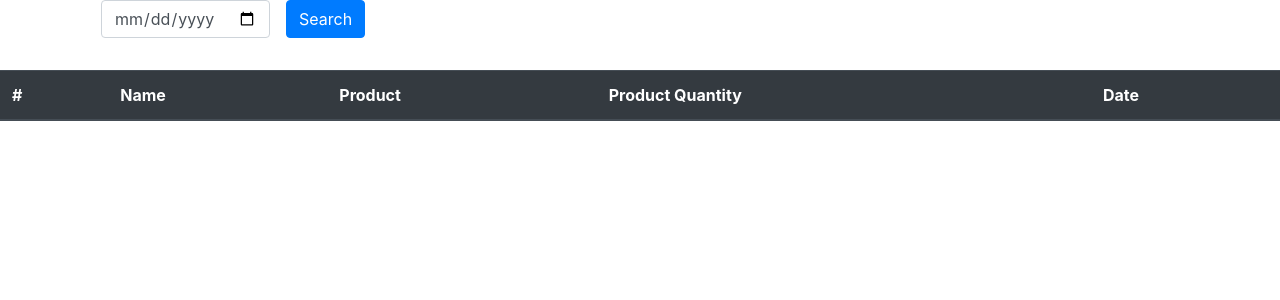
Repository: audiverth77/Prueba-software
Page: http://localhost/order
These files come from the project's save history. The page is drawn as it stood at one moment and after a run of saves; the edit follows.
The browser window is 1280 px wide. The pictures show the whole page.
The page is served by the project's Laravel application, run on PHP 8.4 with Laravel 8. Other server files are loaded and not shown. Queries for data that is not in the repository find no rows.

Above is the page before, as saved 2021-04-29 12:24:17.

### routes/web.php
<?php

use Illuminate\Support\Facades\Route;
use App\Http\Controllers\OrderController;

/*
|--------------------------------------------------------------------------
| Web Routes
|--------------------------------------------------------------------------
|
| Here is where you can register web routes for your application. These
| routes are loaded by the RouteServiceProvider within a group which
| contains the "web" middleware group. Now create something great!
|
*/

Route::get('/', function () {
    return view('welcome');
});

Route::resource("order", OrderController::class);

### app/Http/Controllers/OrderController.php
<?php

namespace App\Http\Controllers;

use Illuminate\Http\Request;
use Illuminate\Support\Facades\DB;

class OrderController extends Controller
{
    /**
     * Display a listing of the resource.
     *
     * @return \Illuminate\Http\Response
     */
    public function index(Request $request)
    {
        $order = DB::select('SELECT o.id, o.name as or_name, p.name as pro_name, o.product_quantity, o.date
            FROM orders as o, products as p
            WHERE o.id_products = p.id');
        $size_array = sizeof($order).'xd';

        if($request->input('date')){
            $order = DB::select('SELECT o.id, o.name as or_name, p.name as pro_name, o.product_quantity, o.date
                                    FROM orders as o, products as p
                                    WHERE o.id_products = p.id
                                    AND o.date = :date', ['date' => $request->input('date')]);
            $size_array = sizeof($order);
        }

        return view("welcome", compact('order', 'size_array'));
    }

    /**
     * Show the form for creating a new resource.
     *
     * @return \Illuminate\Http\Response
     */
    public function create()
    {
        //
    }

    /**
     * Store a newly created resource in storage.
     *
     * @param  \Illuminate\Http\Request  $request
     * @return \Illuminate\Http\Response
     */
    public function store(Request $request)
    {
        //
    }

    /**
     * Display the specified resource.
     *
     * @param  int  $id
     * @return \Illuminate\Http\Response
     */
    public function show($id)
    {

    }

    /**
     * Show the form for editing the specified resource.
     *
     * @param  int  $id
     * @return \Illuminate\Http\Response
     */
    public function edit($id)
    {
        //
    }

    /**
     * Update the specified resource in storage.
     *
     * @param  \Illuminate\Http\Request  $request
     * @param  int  $id
     * @return \Illuminate\Http\Response
     */
    public function update(Request $request, $id)
    {
        //
    }

    /**
     * Remove the specified resource from storage.
     *
     * @param  int  $id
     * @return \Illuminate\Http\Response
     */
    public function destroy($id)
    {
        //
    }
}

### resources/views/welcome.blade.php
<!DOCTYPE html>
<html lang="{{ str_replace('_', '-', app()->getLocale()) }}">

<head>
    <meta charset="utf-8">
    <meta name="viewport" content="width=device-width, initial-scale=1">

    <title>Laravel</title>

    <!-- Fonts -->
    <link href="https://fonts.googleapis.com/css2?family=Nunito:wght@400;600;700&display=swap" rel="stylesheet">

    <!-- Styles -->
    <style>
        /*! normalize.css v8.0.1 | MIT License | github.com/necolas/normalize.css */
        html {
            line-height: 1.15;
            -webkit-text-size-adjust: 100%
        }

        body {
            margin: 0
        }

        a {
            background-color: transparent
        }

        [hidden] {
            display: none
        }

        html {
            font-family: system-ui, -apple-system, BlinkMacSystemFont, Segoe UI, Roboto, Helvetica Neue, Arial, Noto Sans, sans-serif, Apple Color Emoji, Segoe UI Emoji, Segoe UI Symbol, Noto Color Emoji;
            line-height: 1.5
        }

        *,
        :after,
        :before {
            box-sizing: border-box;
            border: 0 solid #e2e8f0
        }

        a {
            color: inherit;
            text-decoration: inherit
        }

        svg,
        video {
            display: block;
            vertical-align: middle
        }

        video {
            max-width: 100%;
            height: auto
        }

        .bg-white {
            --bg-opacity: 1;
            background-color: #fff;
            background-color: rgba(255, 255, 255, var(--bg-opacity))
        }

        .bg-gray-100 {
            --bg-opacity: 1;
            background-color: #f7fafc;
            background-color: rgba(247, 250, 252, var(--bg-opacity))
        }

        .border-gray-200 {
            --border-opacity: 1;
            border-color: #edf2f7;
            border-color: rgba(237, 242, 247, var(--border-opacity))
        }

        .border-t {
            border-top-width: 1px
        }

        .flex {
            display: flex
        }

        .grid {
            display: grid
        }

        .hidden {
            display: none
        }

        .items-center {
            align-items: center
        }

        .justify-center {
            justify-content: center
        }

        .font-semibold {
            font-weight: 600
        }

        .h-5 {
            height: 1.25rem
        }

        .h-8 {
            height: 2rem
        }

        .h-16 {
            height: 4rem
        }

        .text-sm {
            font-size: .875rem
        }

        .text-lg {
            font-size: 1.125rem
        }

        .leading-7 {
            line-height: 1.75rem
        }

        .mx-auto {
            margin-left: auto;
            margin-right: auto
        }

        .ml-1 {
            margin-left: .25rem
        }

        .mt-2 {
            margin-top: .5rem
        }

        .mr-2 {
            margin-right: .5rem
        }

        .ml-2 {
            margin-left: .5rem
        }

        .mt-4 {
            margin-top: 1rem
        }

        .ml-4 {
            margin-left: 1rem
        }

        .mt-8 {
            margin-top: 2rem
        }

        .ml-12 {
            margin-left: 3rem
        }

        .-mt-px {
            margin-top: -1px
        }

        .max-w-6xl {
            max-width: 72rem
        }

        .min-h-screen {
            min-height: 100vh
        }

        .overflow-hidden {
            overflow: hidden
        }

        .p-6 {
            padding: 1.5rem
        }

        .py-4 {
            padding-top: 1rem;
            padding-bottom: 1rem
        }

        .px-6 {
            padding-left: 1.5rem;
            padding-right: 1.5rem
        }

        .pt-8 {
            padding-top: 2rem
        }

        .fixed {
            position: fixed
        }

        .relative {
            position: relative
        }

        .top-0 {
            top: 0
        }

        .right-0 {
            right: 0
        }

        .shadow {
            box-shadow: 0 1px 3px 0 rgba(0, 0, 0, .1), 0 1px 2px 0 rgba(0, 0, 0, .06)
        }

        .text-center {
            text-align: center
        }

        .text-gray-200 {
            --text-opacity: 1;
            color: #edf2f7;
            color: rgba(237, 242, 247, var(--text-opacity))
        }

        .text-gray-300 {
            --text-opacity: 1;
            color: #e2e8f0;
            color: rgba(226, 232, 240, var(--text-opacity))
        }

        .text-gray-400 {
            --text-opacity: 1;
            color: #cbd5e0;
            color: rgba(203, 213, 224, var(--text-opacity))
        }

        .text-gray-500 {
            --text-opacity: 1;
            color: #a0aec0;
            color: rgba(160, 174, 192, var(--text-opacity))
        }

        .text-gray-600 {
            --text-opacity: 1;
            color: #718096;
            color: rgba(113, 128, 150, var(--text-opacity))
        }

        .text-gray-700 {
            --text-opacity: 1;
            color: #4a5568;
            color: rgba(74, 85, 104, var(--text-opacity))
        }

        .text-gray-900 {
            --text-opacity: 1;
            color: #1a202c;
            color: rgba(26, 32, 44, var(--text-opacity))
        }

        .underline {
            text-decoration: underline
        }

        .antialiased {
            -webkit-font-smoothing: antialiased;
            -moz-osx-font-smoothing: grayscale
        }

        .w-5 {
            width: 1.25rem
        }

        .w-8 {
            width: 2rem
        }

        .w-auto {
            width: auto
        }

        .grid-cols-1 {
            grid-template-columns: repeat(1, minmax(0, 1fr))
        }

        @media (min-width:640px) {
            .sm\:rounded-lg {
                border-radius: .5rem
            }

            .sm\:block {
                display: block
            }

            .sm\:items-center {
                align-items: center
            }

            .sm\:justify-start {
                justify-content: flex-start
            }

            .sm\:justify-between {
                justify-content: space-between
            }

            .sm\:h-20 {
                height: 5rem
            }

            .sm\:ml-0 {
                margin-left: 0
            }

            .sm\:px-6 {
                padding-left: 1.5rem;
                padding-right: 1.5rem
            }

            .sm\:pt-0 {
                padding-top: 0
            }

            .sm\:text-left {
                text-align: left
            }

            .sm\:text-right {
                text-align: right
            }
        }

        @media (min-width:768px) {
            .md\:border-t-0 {
                border-top-width: 0
            }

            .md\:border-l {
                border-left-width: 1px
            }

            .md\:grid-cols-2 {
                grid-template-columns: repeat(2, minmax(0, 1fr))
            }
        }

        @media (min-width:1024px) {
            .lg\:px-8 {
                padding-left: 2rem;
                padding-right: 2rem
            }
        }

        @media (prefers-color-scheme:dark) {
            .dark\:bg-gray-800 {
                --bg-opacity: 1;
                background-color: #2d3748;
                background-color: rgba(45, 55, 72, var(--bg-opacity))
            }

            .dark\:bg-gray-900 {
                --bg-opacity: 1;
                background-color: #1a202c;
                background-color: rgba(26, 32, 44, var(--bg-opacity))
            }

            .dark\:border-gray-700 {
                --border-opacity: 1;
                border-color: #4a5568;
                border-color: rgba(74, 85, 104, var(--border-opacity))
            }

            .dark\:text-white {
                --text-opacity: 1;
                color: #fff;
                color: rgba(255, 255, 255, var(--text-opacity))
            }

            .dark\:text-gray-400 {
                --text-opacity: 1;
                color: #cbd5e0;
                color: rgba(203, 213, 224, var(--text-opacity))
            }
        }
    </style>

    <style>
        body {
            font-family: 'Nunito';
        }
    </style>
</head>

<body class="antialiased">
    <div class="container">
        <form class="form-inline" action="{{ route('order.index') }}" method="get">
            <div class="form-group mx-sm-3 mb-2">
                <label for="inputPassword2" class="sr-only">Password</label>
                <input name="date" type="date" class="form-control" id="date" placeholder="Password">
            </div>
            <button type="submit" class="btn btn-primary mb-2">Search</button>
        </form>
    </div>

    <br>
    <table class="table">
        <thead class="thead-dark">
            <tr>
                <th scope="col">#</th>
                <th scope="col">Name</th>
                <th scope="col">Product</th>
                <th scope="col">Product Quantity</th>
                <th scope="col">Date</th>
            </tr>
        </thead>
        <tbody>
            @for ($i = 1; $i < $size_array; $i++)
                <tr>
                    <th scope="row">{{ $order[$i]->id }}</th>
                    <td>{{ $order[$i]->or_name }}</td>
                    <td>{{ $order[$i]->pro_name }}</td>
                    <td>{{ $order[$i]->product_quantity }}</td>
                    <td>{{ $order[$i]->date }}</td>
                </tr>
            @endfor
        </tbody>
    </table>

</body>

</html>

<!-- Latest compiled and minified CSS -->
<link rel="stylesheet" href="https://maxcdn.bootstrapcdn.com/bootstrap/4.5.2/css/bootstrap.min.css">
<!-- jQuery library -->
<script src="https://ajax.googleapis.com/ajax/libs/jquery/3.5.1/jquery.min.js"></script>
<!-- Popper JS -->
<script src="https://cdnjs.cloudflare.com/ajax/libs/popper.js/1.16.0/umd/popper.min.js"></script>
<!-- Latest compiled JavaScript -->
<script src="https://maxcdn.bootstrapcdn.com/bootstrap/4.5.2/js/bootstrap.min.js"></script>

Loaded but not shown: app/Providers/AppServiceProvider.php (common file); app/Http/Controllers/Controller.php (common file)

After the next 3 saves:
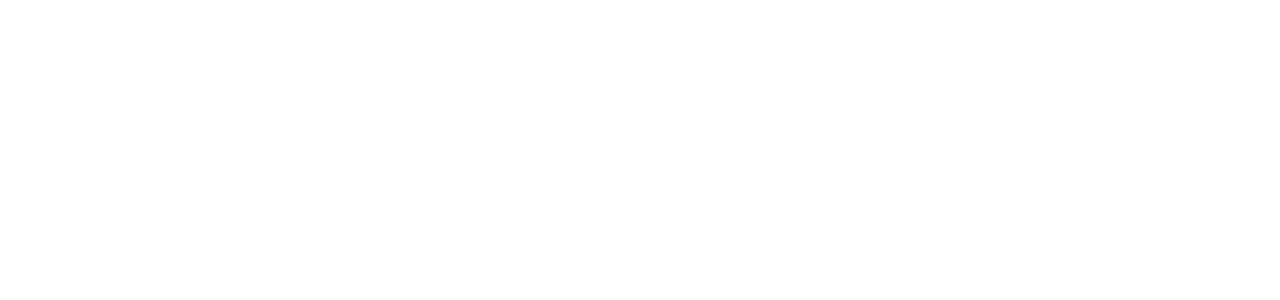
The 3 saves are shown as one change because 1 did not build or start and some came seconds apart.
The last was saved 18 s later.
--- a/app/Http/Controllers/OrderController.php
+++ b/app/Http/Controllers/OrderController.php
@@ -17,7 +17,7 @@
         $order = DB::select('SELECT o.id, o.name as or_name, p.name as pro_name, o.product_quantity, o.date
             FROM orders as o, products as p
             WHERE o.id_products = p.id');
-        $size_array = sizeof($order).'xd';
+        $size_array = sizeof($order);
 
         if($request->input('date')){
             $order = DB::select('SELECT o.id, o.name as or_name, p.name as pro_name, o.product_quantity, o.date
@@ -27,7 +27,7 @@
             $size_array = sizeof($order);
         }
 
-        return view("welcome", compact('order', 'size_array'));
+        // return view("welcome", compact('order', 'size_array'));
     }
 
     /**

After the 3 saves that followed:
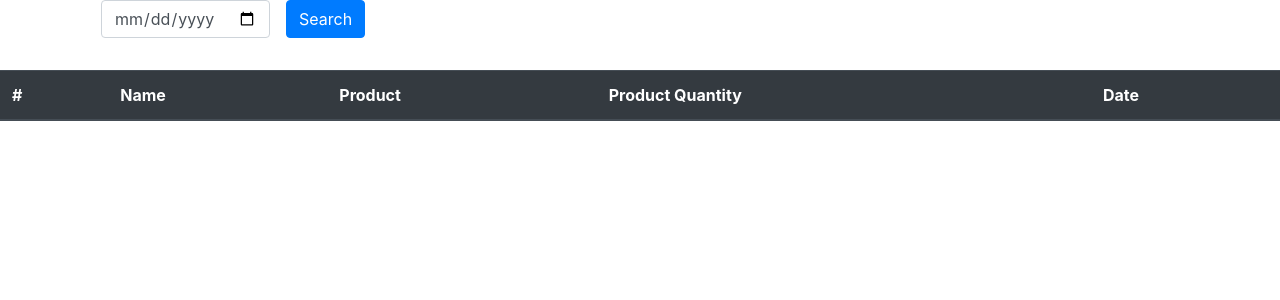
The 3 saves are shown as one change because 1 did not build or start and some came seconds apart.
The last was saved 29 s later.
--- a/app/Http/Controllers/OrderController.php
+++ b/app/Http/Controllers/OrderController.php
@@ -27,7 +27,7 @@
             $size_array = sizeof($order);
         }
 
-        // return view("welcome", compact('order', 'size_array'));
+        return view("welcome", compact('order', 'size_array'));
     }
 
     /**
